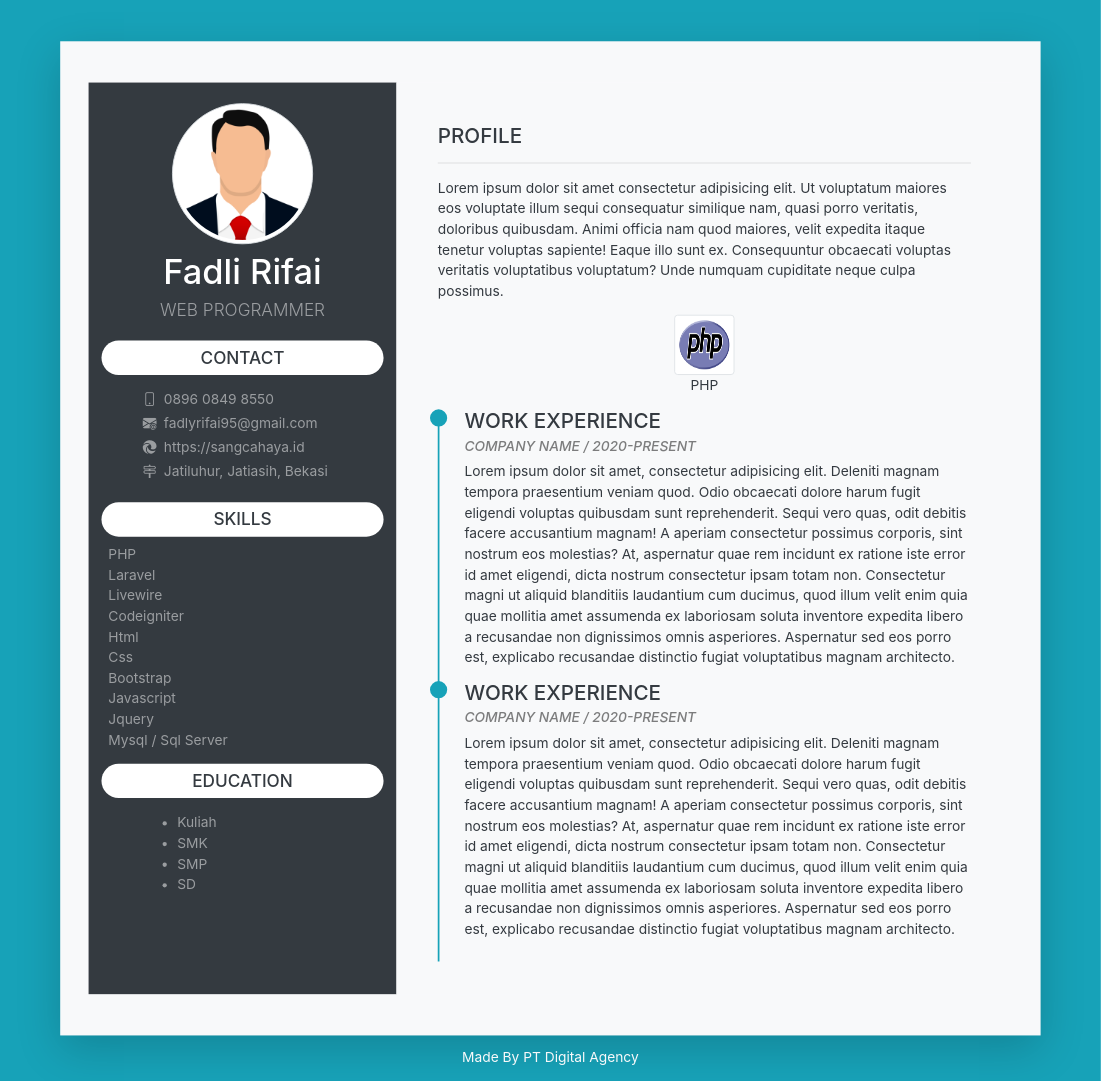
Repository: fadlyyy/fadlyyy.github.io
Page: index.html
These files come from the project's save history. The page is drawn as it stood at one moment and after the next save; the edit follows.
The browser window is 1280 px wide. The pictures show the whole page, at 86% of full size.

Above is the page before, as saved 2024-01-31 09:05:32.

### index.html
<!DOCTYPE html>
<html lang="en">

<head>
     <!-- Required meta tags -->
     <meta charset="utf-8" />
     <meta name="viewport" content="width=device-width, initial-scale=1, shrink-to-fit=no" />

     <!-- Bootstrap CSS -->
     <link rel="stylesheet" href="https://cdn.jsdelivr.net/npm/bootstrap@4.6.2/dist/css/bootstrap.min.css"
          integrity="sha384-xOolHFLEh07PJGoPkLv1IbcEPTNtaed2xpHsD9ESMhqIYd0nLMwNLD69Npy4HI+N" crossorigin="anonymous" />

     <!-- Icon -->
     <link rel="stylesheet" href="https://cdn.jsdelivr.net/npm/bootstrap-icons@1.11.3/font/bootstrap-icons.min.css" />

     <link rel="stylesheet" href="style.css" />

     <title>Hello, world!</title>
</head>

<body class="bg-info">
     <div class="container p-5 bg-light mt-5 mb-5 shadow shadow-lg">
          <div class="row">
               <div class="col-lg-4 bg-dark text-white text-center py-4">
                    <div class="header-left">
                         <div class="kotak-image"></div>
                         <img src="img/profile.png" alt="" class="img-thumbnail rounded-circle mb-2 w-50 h-50" />
                         <h1 class="display-5">Fadli Rifai</h1>
                         <h4 class="lead text-uppercase text-white-50 mb-4">Web Programmer</h4>
                    </div>

                    <!-- general info -->
                    <div class="general-info">
                         <h5 class="text-uppercase bg-white text-dark py-2 rounded-pill">contact</h5>

                         <ul class="list-unstyled text-white-50 py-2 text-left ml-5">
                              <li class="list-item mb-1">
                                   <p>
                                        <i class="bi bi-phone mr-1"></i> 0896 0849 8550
                                   </p>
                              </li>
                              <li class="list-item mb-1 text-wrap w-75">
                                   <p>
                                        <i class="bi bi-envelope-at-fill mr-1"></i> fadlyrifai95@gmail.com
                                   </p>
                              </li>
                              <li class="list-item mb-1">
                                   <p>
                                        <i class="bi bi-browser-edge mr-1"></i> https://sangcahaya.id
                                   </p>
                              </li>
                              <li class="list-item">
                                   <i class="bi bi-signpost-2 mr-1"></i>
                                   Jatiluhur, Jatiasih, Bekasi
                              </li>
                         </ul>
                    </div>

                    <!-- skills -->
                    <div>
                         <h5 class="text-uppercase bg-white text-dark py-2 rounded-pill">skills</h5>
                         <ul class="list list-unstyled text-white-50 px-2 text-left text-capitalize list-skills">
                              <li class="list-item">PHP</li>
                              <li class="list-item">laravel</li>
                              <li class="list-item">livewire</li>
                              <li class="list-item">codeigniter</li>
                              <li class="list-item">html</li>
                              <li class="list-item">css</li>
                              <li class="list-item">bootstrap</li>
                              <li class="list-item">javascript</li>
                              <li class="list-item">jquery</li>
                              <li class="list-item">mysql / sql server</li>
                         </ul>
                    </div>

                    <!-- educations -->
                    <div>
                         <h5 class="text-uppercase bg-white text-dark py-2 rounded-pill">education</h5>
                         <ul class="list text-white-50 ml-5 py-2 text-left text-capitalize">
                              <li class="list-item">Kuliah</li>
                              <li class="list-item">SMK</li>
                              <li class="list-item">SMP</li>
                              <li class="list-item">SD</li>
                         </ul>
                    </div>
               </div>

               <div class="col-lg-8 bg-light text-dark py-5 px-5 right-side">
                    <div class="header-right">
                         <h4 class="text-uppercase">Profile</h4>
                         <hr />
                         <p>
                              Lorem ipsum dolor sit amet consectetur adipisicing elit. Ut voluptatum maiores eos
                              voluptate illum sequi consequatur similique nam, quasi porro veritatis, doloribus
                              quibusdam. Animi officia nam quod maiores, velit expedita
                              itaque tenetur voluptas sapiente! Eaque illo sunt ex. Consequuntur obcaecati voluptas
                              veritatis voluptatibus voluptatum? Unde numquam cupiditate neque culpa possimus.
                         </p>
                    </div>

                    <div class="skills mb-3 mt-3">
                         <div class="list-skills text-center">
                              <img src="img/skills/php.png" alt="PHP" class="img-responsive img-fluid img-thumbnail">
                              <p>PHP</p>
                         </div>
                    </div>

                    <div class="work-experience">
                         <div class="list-work pb-3 pl-3">
                              <h4 class="text-uppercase">work experience</h4>
                              <h6 class="text-uppercase text-black-50 font-italic mt-1 mb-2">company name / 2020-present</h6>
                              <p>Lorem ipsum dolor sit amet, consectetur adipisicing elit. Deleniti magnam tempora
                                   praesentium veniam quod. Odio obcaecati dolore harum fugit eligendi voluptas
                                   quibusdam sunt reprehenderit. Sequi vero quas, odit debitis facere accusantium
                                   magnam! A aperiam consectetur possimus corporis, sint nostrum eos molestias? At,
                                   aspernatur quae rem incidunt ex ratione iste error id amet eligendi, dicta nostrum
                                   consectetur ipsam totam non. Consectetur magni ut aliquid blanditiis laudantium cum
                                   ducimus, quod illum velit enim quia quae mollitia amet assumenda ex laboriosam soluta
                                   inventore expedita libero a recusandae non dignissimos omnis asperiores. Aspernatur
                                   sed eos porro est, explicabo recusandae distinctio fugiat voluptatibus magnam
                                   architecto.</p>
                         </div>
                         <div class="list-work pb-3 pl-3">
                              <h4 class="text-uppercase">work experience</h4>
                              <h6 class="text-uppercase text-black-50 font-italic mt-1 mb-2">company name / 2020-present</h6>
                              <p>Lorem ipsum dolor sit amet, consectetur adipisicing elit. Deleniti magnam tempora
                                   praesentium veniam quod. Odio obcaecati dolore harum fugit eligendi voluptas
                                   quibusdam sunt reprehenderit. Sequi vero quas, odit debitis facere accusantium
                                   magnam! A aperiam consectetur possimus corporis, sint nostrum eos molestias? At,
                                   aspernatur quae rem incidunt ex ratione iste error id amet eligendi, dicta nostrum
                                   consectetur ipsam totam non. Consectetur magni ut aliquid blanditiis laudantium cum
                                   ducimus, quod illum velit enim quia quae mollitia amet assumenda ex laboriosam soluta
                                   inventore expedita libero a recusandae non dignissimos omnis asperiores. Aspernatur
                                   sed eos porro est, explicabo recusandae distinctio fugiat voluptatibus magnam
                                   architecto.</p>
                         </div>
                    </div>
               </div>
          </div>
     </div>
     <!-- Optional JavaScript; choose one of the two! -->

     <!-- footer -->
     <div class="footer">
          <p class="text-light text-center text-capitalize" style="margin-top: -35px;">made by PT Digital Agency</p>
     </div>

     <!-- Option 1: jQuery and Bootstrap Bundle (includes Popper) -->
     <script src="https://cdn.jsdelivr.net/npm/jquery@3.5.1/dist/jquery.slim.min.js"
          integrity="sha384-DfXdz2htPH0lsSSs5nCTpuj/zy4C+OGpamoFVy38MVBnE+IbbVYUew+OrCXaRkfj"
          crossorigin="anonymous"></script>
     <script src="https://cdn.jsdelivr.net/npm/bootstrap@4.6.2/dist/js/bootstrap.bundle.min.js"
          integrity="sha384-Fy6S3B9q64WdZWQUiU+q4/2Lc9npb8tCaSX9FK7E8HnRr0Jz8D6OP9dO5Vg3Q9ct"
          crossorigin="anonymous"></script>

     <!-- Option 2: Separate Popper and Bootstrap JS -->
     <!--
    <script src="https://cdn.jsdelivr.net/npm/jquery@3.5.1/dist/jquery.slim.min.js" integrity="sha384-DfXdz2htPH0lsSSs5nCTpuj/zy4C+OGpamoFVy38MVBnE+IbbVYUew+OrCXaRkfj" crossorigin="anonymous"></script>
    <script src="https://cdn.jsdelivr.net/npm/popper.js@1.16.1/dist/umd/popper.min.js" integrity="sha384-9/reFTGAW83EW2RDu2S0VKaIzap3H66lZH81PoYlFhbGU+6BZp6G7niu735Sk7lN" crossorigin="anonymous"></script>
    <script src="https://cdn.jsdelivr.net/npm/bootstrap@4.6.2/dist/js/bootstrap.min.js" integrity="sha384-+sLIOodYLS7CIrQpBjl+C7nPvqq+FbNUBDunl/OZv93DB7Ln/533i8e/mZXLi/P+" crossorigin="anonymous"></script>
    -->
</body>

</html>

### style.css
.general-info ul li p {
    margin: 0;
}

.skills .list-skills img {
    width: 70px;
    height: 70px;
}

.work-experience .list-work {
    position: relative;
    z-index: 1;
}

.work-experience .list-work h4,
.work-experience .list-work h6,
.work-experience .list-work p {
    margin: 0;
    padding: 0;
}

.work-experience .list-work h4,
.work-experience .list-work h6,
.work-experience .list-work p {
    margin-left: 15px;
}

.work-experience .list-work::before {
    content: '';
    display: block;
    position: absolute;
    width: 2px;
    top: 5px;
    bottom: -10px;
    left: 0;
    background-color: #17a2b8;
    z-index: 3;
}

.work-experience .list-work::after {
    content: '';
    display: block;
    position: absolute;
    width: 20px;
    height: 20px;
    top: 0;
    left: 0;
    background-color: #17a2b8;
    z-index: 4;
    border-radius: 50%;
    transform: translateX(-45%);
}

/* Media Query */
/* Extra Large */
@media (max-width: 1200px) {}

/* Laptop */
@media (max-width: 992px) {}

/* Tablet */
@media (max-width: 768px) {}

/* Mobile */
@media (max-width: 576px) {
    .right-side {
        padding-left: 0 !important;
        padding-right: 0 !important;
    }
}

After the next save:
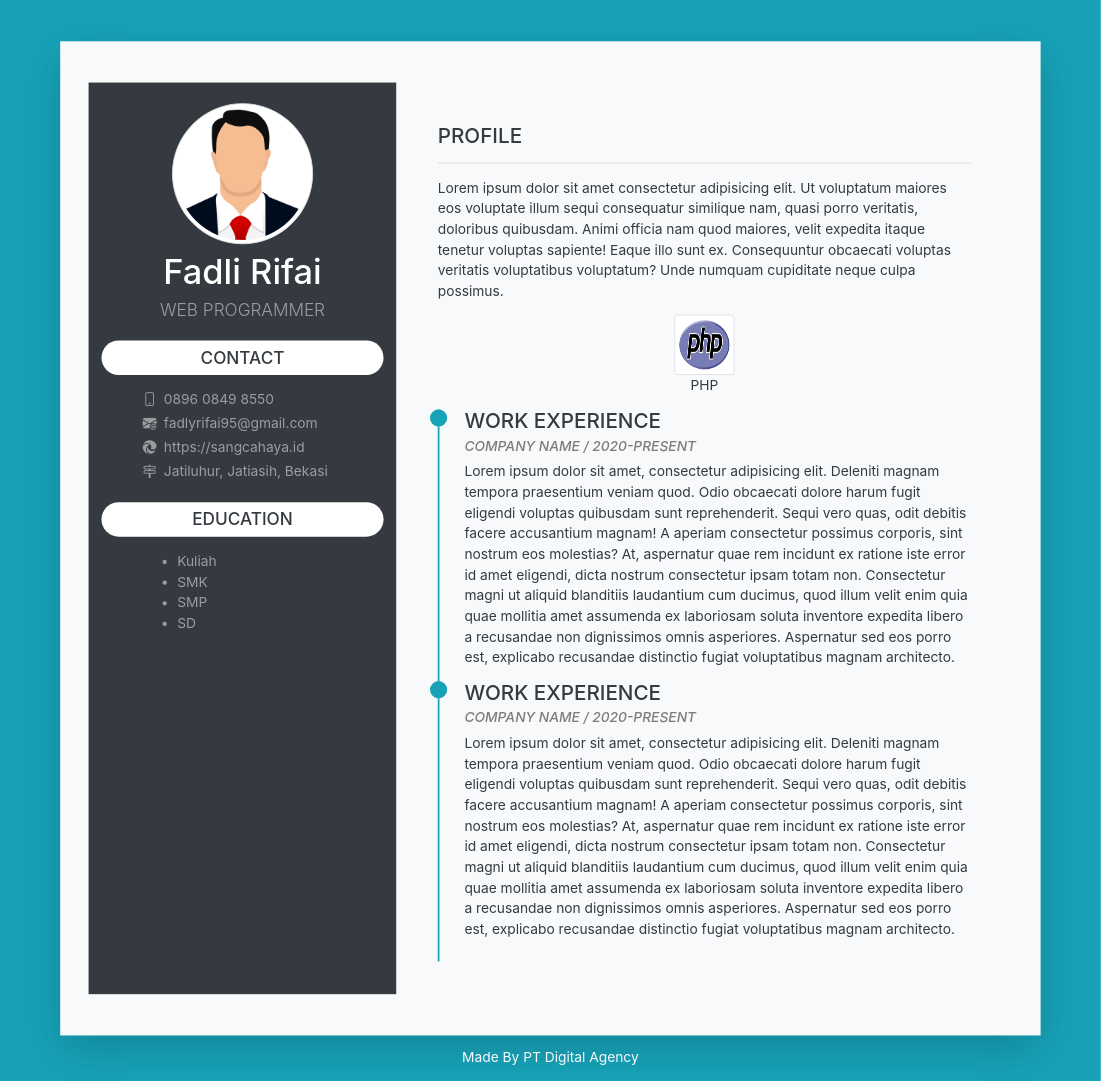
Saved 13 s later.
--- a/index.html
+++ b/index.html
@@ -53,23 +53,6 @@
                                    <i class="bi bi-signpost-2 mr-1"></i>
                                    Jatiluhur, Jatiasih, Bekasi
                               </li>
-                         </ul>
-                    </div>
-
-                    <!-- skills -->
-                    <div>
-                         <h5 class="text-uppercase bg-white text-dark py-2 rounded-pill">skills</h5>
-                         <ul class="list list-unstyled text-white-50 px-2 text-left text-capitalize list-skills">
-                              <li class="list-item">PHP</li>
-                              <li class="list-item">laravel</li>
-                              <li class="list-item">livewire</li>
-                              <li class="list-item">codeigniter</li>
-                              <li class="list-item">html</li>
-                              <li class="list-item">css</li>
-                              <li class="list-item">bootstrap</li>
-                              <li class="list-item">javascript</li>
-                              <li class="list-item">jquery</li>
-                              <li class="list-item">mysql / sql server</li>
                          </ul>
                     </div>
 
